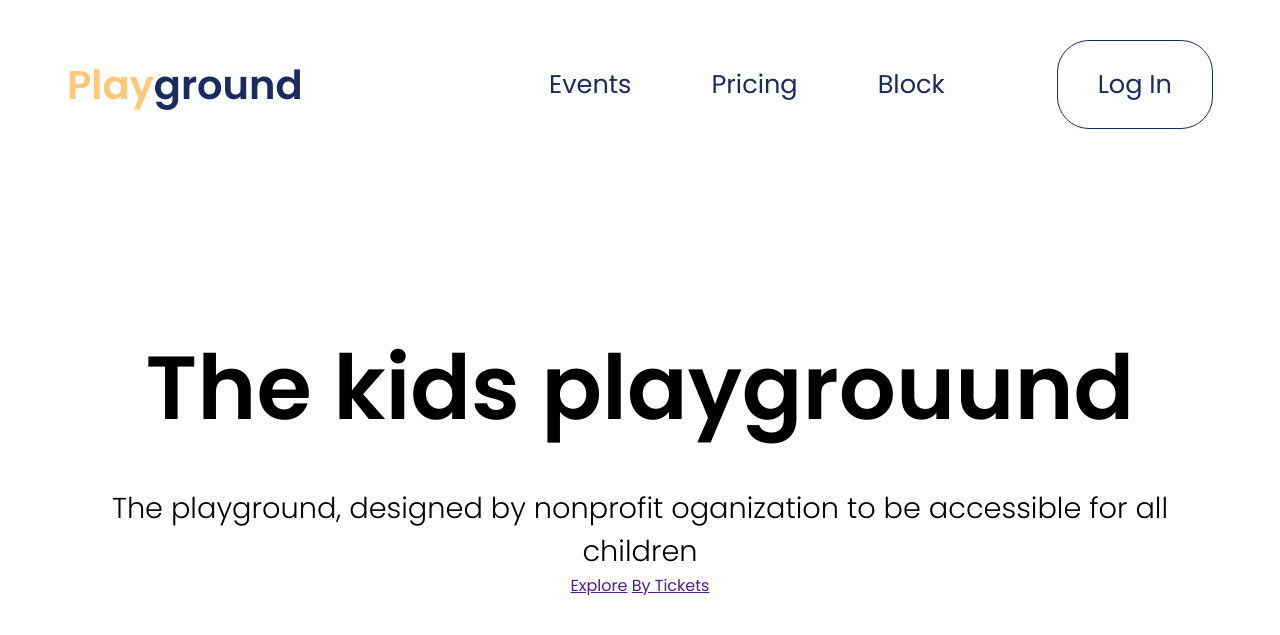
Repository: tuanpham-aptech/front-end
Page: psdtohtml/playgroud/index.html
An editor plug-in stored every save of this project. The page is shown before and after the next save, followed by the edit.
The browser window is 1280 px wide. The pictures show the whole page.
Some web libraries are served in a nearby version.

Above is the page before, as saved 2021-10-13 17:51:13.

After the next save:
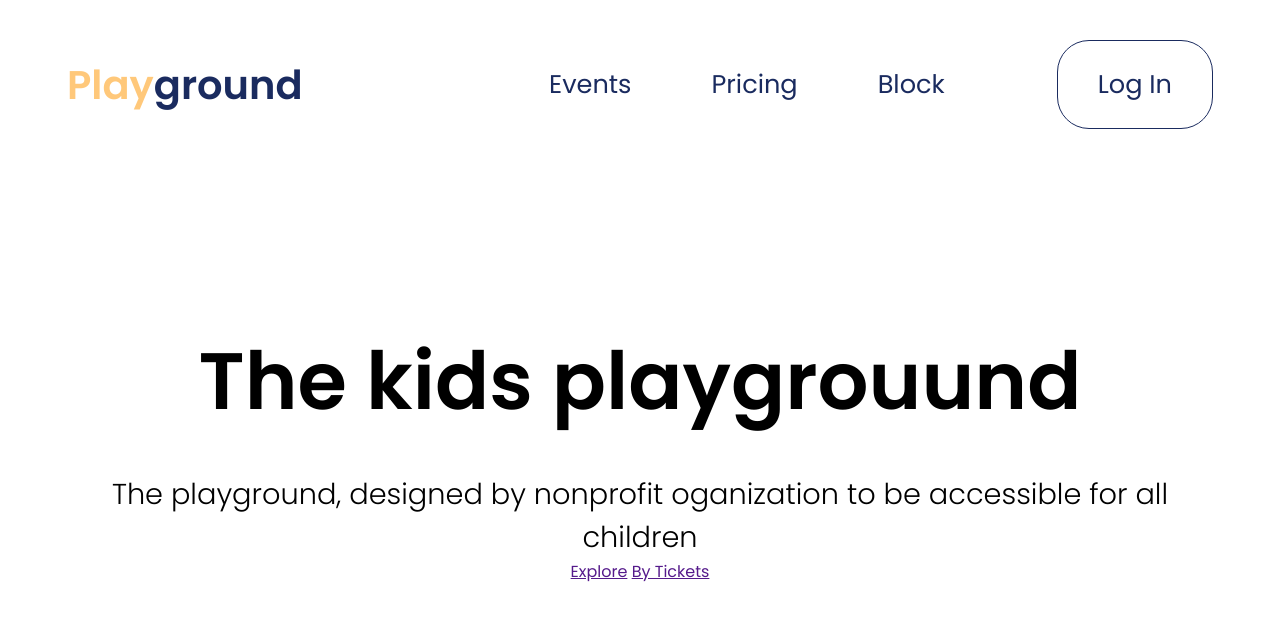
Saved 18 s later.
--- a/psdtohtml/playgroud/assets/css/style.css
+++ b/psdtohtml/playgroud/assets/css/style.css
@@ -85,7 +85,7 @@
 
 .banner__heading {
     margin-bottom: 2rem;
-    font-size: 5.6rem;
+    font-size: 5rem;
     font-weight: 600;
 }
 
